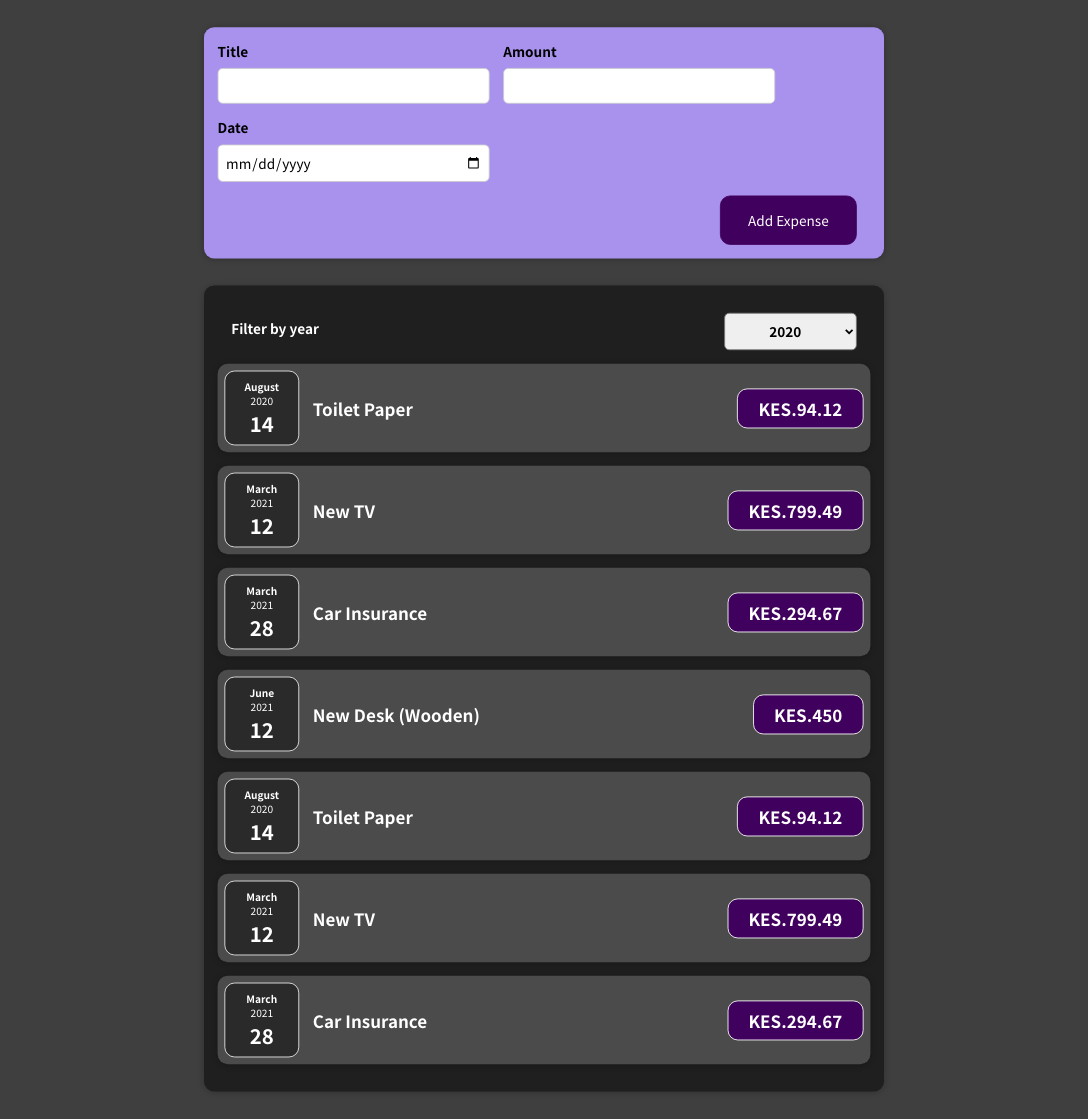
Repository: Samkiroko/expense-tracker-react
Page: /
These files come from the project's save history. The page is drawn as it stood at one moment and after the next save; the edit follows.
The browser window is 1280 px wide. The pictures show the whole page, at 85% of full size.
The project was rebuilt for these pictures with package versions that can differ from the ones it lists, and the page was loaded fresh each time.

Above is the page before, as saved 2021-06-12 20:09:48.

After the next save:
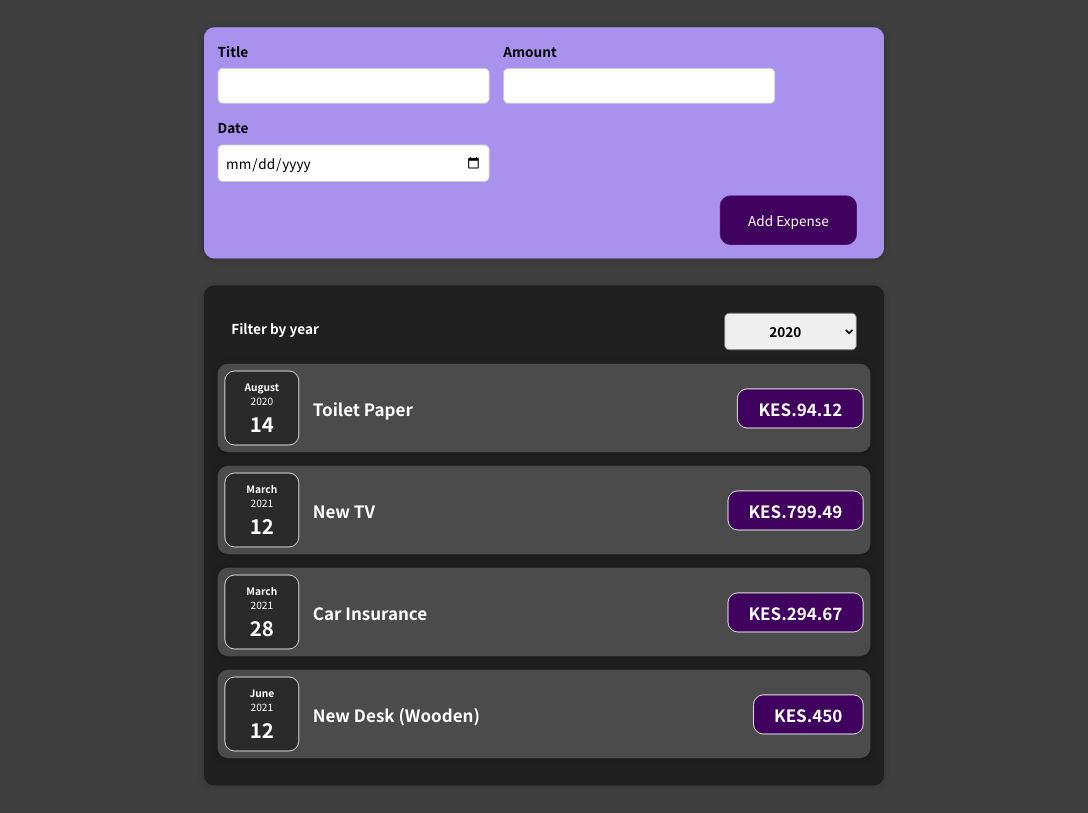
Saved 10 s later.
--- a/src/components/Expenses/Expenses.js
+++ b/src/components/Expenses/Expenses.js
@@ -16,10 +16,6 @@ function Expenses(props) {
         {props.items.map((expenses) => (
           <ExpenseItem title={expenses.title} amount={expenses.amount} date={expenses.date} />
         ))}
-
-        <ExpenseItem title={props.items[0].title} amount={props.items[0].amount} date={props.items[0].date} />
-        <ExpenseItem title={props.items[1].title} amount={props.items[1].amount} date={props.items[1].date} />
-        <ExpenseItem title={props.items[2].title} amount={props.items[2].amount} date={props.items[2].date} />
       </Card>
     </div>
   )
